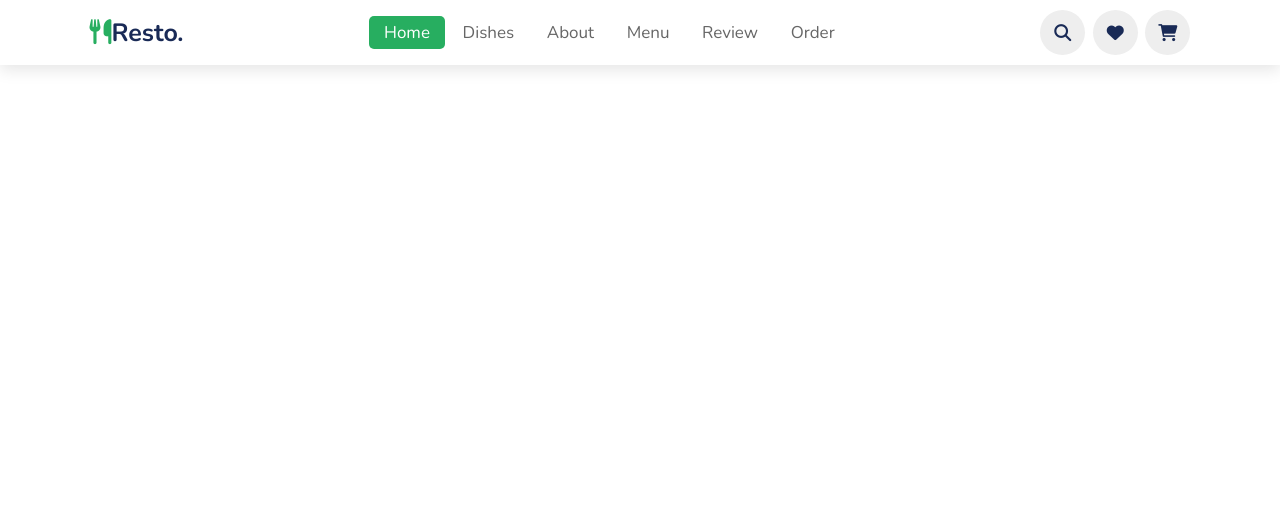
Repository: CarsonDev1/FoodWeb
Page: index.html
The author's editor kept a copy of each file at every save. The page is drawn from the files as they stood at one save, then again after the next save.
The browser window is 1280 px wide. The pictures show the whole page.
Some web libraries are served in a nearby version.

Above is the page before, as saved 2022-05-18 19:23:15.

### index.html
<!DOCTYPE html>
<html lang="en">
  <head>
    <meta charset="UTF-8" />
    <meta http-equiv="X-UA-Compatible" content="IE=edge" />
    <meta name="viewport" content="width=device-width, initial-scale=1.0" />
    <title>Document</title>
    <!-- CSS link -->
    <link rel="stylesheet" href="./css/style.css" />
    <!-- Google font -->
    <link rel="preconnect" href="https://fonts.googleapis.com" />
    <link rel="preconnect" href="https://fonts.gstatic.com" crossorigin />
    <link
      href="https://fonts.googleapis.com/css2?family=DM+Sans:wght@700&family=Manrope:wght@400;700;800&family=Nunito:wght@200;300;400;600;700&display=swap"
      rel="stylesheet"
    />
    <!-- font awesome cdn link -->
    <link
      rel="stylesheet"
      href="https://cdnjs.cloudflare.com/ajax/libs/font-awesome/6.1.1/css/all.min.css"
    />
  </head>
  <body>
    <!-- Header section start -->
    <header>
      <a href="#" class="logo"><i class="fas fa-utensils"></i>resto.</a>
      <nav class="navbar">
        <a class="active" href="#home">home</a>
        <a href="#dishes">dishes</a>
        <a href="#about">about</a>
        <a href="#menu">menu</a>
        <a href="#review">review</a>
        <a href="#order">order</a>
      </nav>
      <div class="icons">
        <i class="fas fa-bars" id="menu-bars"></i>
        <i class="fas fa-search" id="search-icon"></i>
        <a href="#" class="fas fa-heart"></a>
        <a href="#" class="fas fa-shopping-cart"></a>
      </div>
    </header>
    <!-- Header section end -->
    <!-- Search form -->
    <form action="" id="search-form">
      <input
        type="search"
        placeholder="search here..."
        name=""
        id="search-box"
      />
      <label for="search-box" class="fas fa-search"></label>
      <i class="fas fa-times" id="close"></i>
    </form>
    <!-- home section start -->
    <section class="home" id="home">
      <div class="container">
        <div class="wrapper">
          <div class="slide">
            <div class="content">
              <span>our special dish</span>
              <h3>spicy noodles</h3>
              <p>
                Lorem ipsum dolor, sit amet consectetur adipisicing elit.
                Repellat, vel. Aliquam, illo. Tempore incidunt possimus quo? Est
                sequi quidem maiores reiciendis architecto dolore enim
                cupiditate. Quo tenetur alias iure. Molestiae.
              </p>
              <a href="#" class="btn"></a>
            </div>
            <div class="image"></div>
          </div>
        </div>
      </div>
    </section>
    <!-- home section end -->
    <!-- JS file link -->
    <script src="./js/app.js"></script>
  </body>
</html>

### css/style.css
:root {
  --green: #27ae60;
  --black: #192a56;
  --light-color: #666;
  --box-shadow: 0 0.5rem 1.5rem rgba(0, 0, 0, 0.1);
}
* {
  font-family: "Nunito", sans-serif;
  margin: 0;
  padding: 0;
  box-sizing: border-box;
  text-decoration: none;
  outline: none;
  border: none;
  text-transform: capitalize;
  transition: all 0.2s linear;
}
html {
  font-size: 62.5%;
  overflow-x: hidden;
  scroll-padding-top: 5.5rem;
  scroll-behavior: smooth;
}
header {
  position: fixed;
  top: 0;
  left: 0;
  right: 0;
  background: #fff;
  padding: 1rem 7%;
  display: flex;
  align-items: center;
  justify-content: space-between;
  z-index: 1000;
  box-shadow: var(--box-shadow);
}
header .logo {
  color: var(--black);
  font-size: 2.5rem;
  font-weight: bolder;
}
header .logo i {
  color: var(--green);
}
header .navbar a {
  font-size: 1.7rem;
  border-radius: 0.5rem;
  padding: 0.5rem 1.5rem;
  color: var(--light-color);
}
header .navbar a.active,
header .navbar a:hover {
  background: var(--green);
  color: #fff;
}
header .icons i,
header .icons a {
  cursor: pointer;
  margin-left: 0.5rem;
  height: 4.5rem;
  line-height: 4.5rem;
  width: 4.5rem;
  text-align: center;
  font-size: 1.7rem;
  color: var(--black);
  border-radius: 50%;
  background: #eee;
}
header .icons i:hover,
header .icons a:hover {
  color: #fff;
  background: var(--green);
  transform: rotate(360deg);
}
header .icons #menu-bars {
  display: none;
}
#search-form {
  position: fixed;
  top: -110%;
  left: 0;
  height: 100%;
  width: 100%;
  z-index: 1004;
  background: rgba(0, 0, 0, 0.8);
  display: flex;
  align-items: center;
  justify-content: center;
  padding: 0 1rem;
}
#search-form.active {
  top: 0;
}
#search-form #search-box {
  width: 50rem;
  border-bottom: 1px solid #fff;
  padding: 1rem 0;
  color: #fff;
  font-size: 3rem;
  text-transform: none;
  background: none;
}
#search-form #search-box::placeholder {
  color: #eee;
}
#search-form #search-box::-webkit-search-cancel-button {
  -webkit-appearance: none;
}
#search-form label {
  color: #fff;
  cursor: pointer;
  font-size: 3rem;
}
#search-form label:hover {
  color: var(--green);
}
#search-form #close {
  position: absolute;
  color: #fff;
  cursor: pointer;
  top: 2rem;
  right: 3rem;
  font-size: 5rem;
}
/* media queries */
@media (max-width: 991px) {
  html {
    font-size: 55%;
  }
  header {
    padding: 1rem 2rem;
  }
}
@media (max-width: 768px) {
  header .icons #menu-bars {
    display: inline-block;
  }
  header .navbar {
    position: absolute;
    top: 100%;
    left: 0;
    right: 0;
    background: #fff;
    border-top: 0.1rem solid rgba(0, 0, 0, 0.2);
    padding: 1rem;
    clip-path: polygon(0 0, 100% 0, 100% 0, 0 0);
  }
  header .navbar.active {
    clip-path: polygon(0 0, 100% 0, 100% 100%, 0 100%);
  }
  header .navbar a {
    display: block;
    font-size: 2.5rem;
    padding: 1.5rem;
    margin: 1rem;
    background: #eee;
  }
  #search-form #search-box {
    width: 90%;
    margin: 0 1rem;
  }
}
@media (max-width: 991px) {
  html {
    font-size: 50%;
  }
}

### js/app.js
let menu = document.querySelector("#menu-bars");
let navbar = document.querySelector(".navbar");

menu.onclick = () => {
  menu.classList.toggle("fa-times");
  navbar.classList.toggle("active");
};
menu.onscroll = () => {
  menu.classList.remove("fa-times");
  navbar.classList.remove("active");
};
document.querySelector("#search-icon").onclick = () => {
  document.querySelector("#search-form").classList.toggle("active");
};
document.querySelector("#close").onclick = () => {
  document.querySelector("#search-form").classList.remove("active");
};

After the next save:
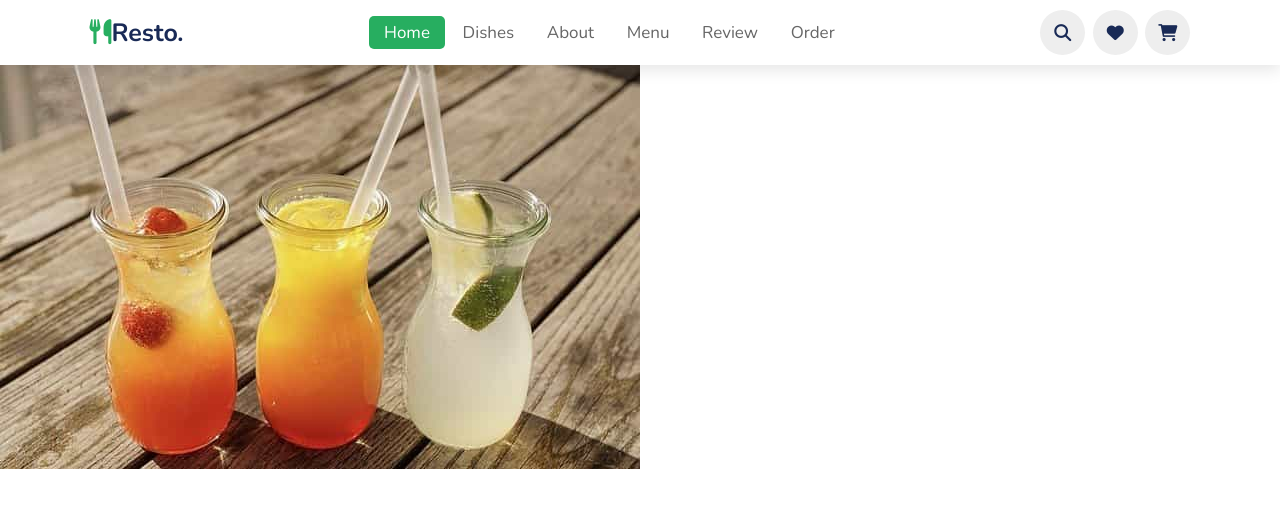
Saved 21 s later.
--- a/index.html
+++ b/index.html
@@ -67,7 +67,9 @@
               </p>
               <a href="#" class="btn"></a>
             </div>
-            <div class="image"></div>
+            <div class="image">
+              <img src="./images/menu-7.jpg" alt="" />
+            </div>
           </div>
         </div>
       </div>
